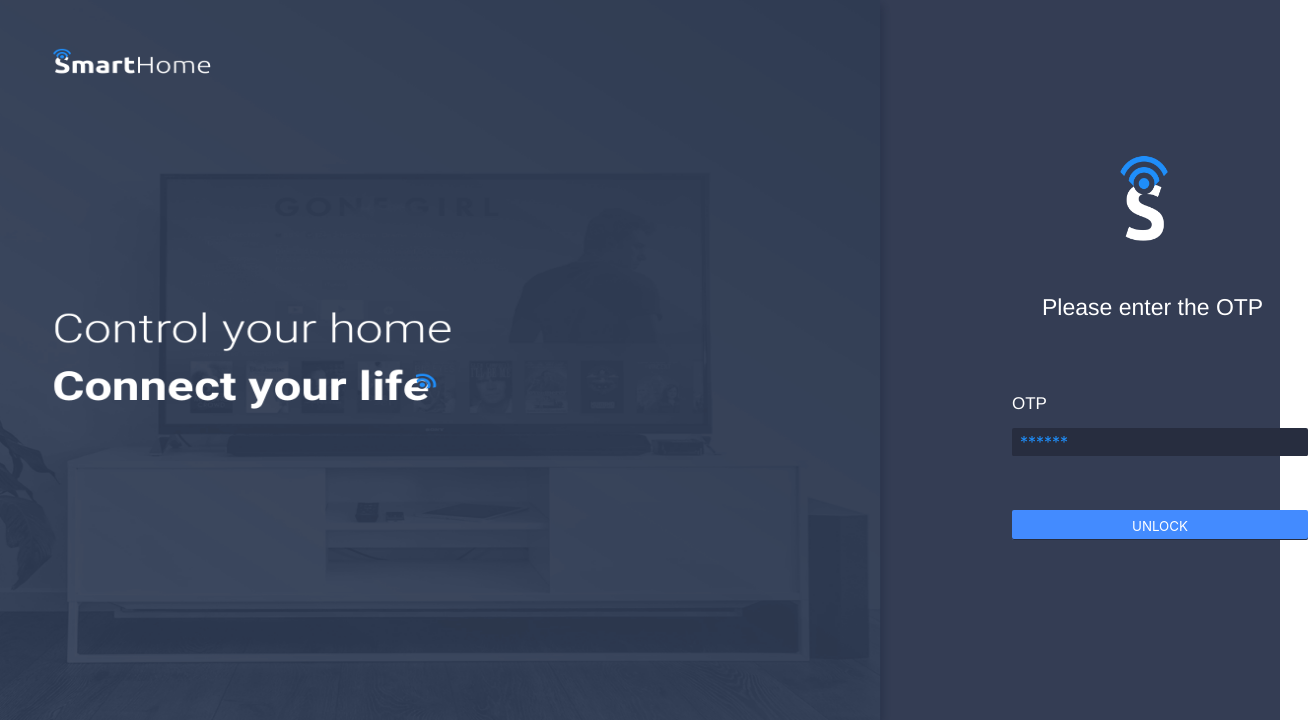
Repository: aba450/smart-door
Page: / (app in S3/smart-door-visitor/)
These files come from the project's save history. The page is drawn as it stood at one moment and after the next save; the edit follows.
The browser window is 1280 px wide. The page is 1308 px wide, so the pictures cover 1308 px, including what lies to the right of the window. The pictures show the whole page.
The project was rebuilt for these pictures with package versions that can differ from the ones it lists, and the page was loaded fresh each time.

Above is the page before, as saved 2020-03-17 20:49:45.

### S3/smart-door-visitor/src/App.js
import React from 'react';
import './App.css';
import Camera_ON from './Camera_ON.jpg'
import SLogo from './SLogo.png'
import Left from './Left.png'

function App() {



  return (
    <div className="App">
    <img src={Left} className="Left-img"/>

      {/* <img src={Camera_ON} className="Camera-logo"/>  */}
      <img src={SLogo} className="S-logo"/>
      <label className="text-label">Please enter the OTP</label>
       <label className="otp-label">OTP</label>
        <input type="text" className="otp-input" placeholder="******"></input>
        <button className="unlock-button">UNLOCK</button>
    </div>
  );
}

export default App;

### S3/smart-door-visitor/src/App.css
.App {
  text-align: center;
  background-color: #343d54;
  min-height: 100vh;
  display: flex;
  flex-direction: column;
  font-size: calc(10px + 2vmin);
  color: white;
}

.Camera-logo {
  position: absolute;
  height: 100px;
  width: 100px;
  left: 53px;
  top: 241px;
}

.S-logo {
  position: absolute;
  height: 86px;
  width: 48px;
  left: 1120px;
  top: 155px;
}

.Left-img {
  position: absolute;
  top: 0px;
  left: 0px;
  height: 100%;
  width: 893px;
}

.text-label {
  position: absolute;
  font-family:Helvetica;
  font-size:23px;
  color:#ffffff;
  letter-spacing:0;
  text-align:left;
  left:1042px;
  top:294px;
}

.otp-label {
  position: absolute;
  font-family:Helvetica;
  font-size:17px;
  color:#ffffff;
  letter-spacing:0;
  text-align:left;
  left:1012px;
  top:394px;
}

.otp-input {
  color:#1f8efa;
  background-color: #272d3f;
  letter-spacing:0;
  text-align:left;
  position: absolute;
  left:1012px;
  top:428px;
}

::placeholder {
  color:#1f8efa;
}

.unlock-button {
  position: absolute;
  background-color: #438bff;
  left:1012px;
  top:510px;
}

input {
    -webkit-appearance: none;
    appearance: none;
    margin: auto;
    max-width: 280px;
    border-radius: 2px;
    border: 0;
    overflow: hidden;
    width: 100%;
    font-family:-apple-system, BlinkMacSystemFont, 'Segoe UI', Roboto, Oxygen, Ubuntu, Cantarell, 'Open Sans', 'Helvetica Neue', sans-serif;
    padding: 8px 8px 8px 8px;
    height: 12px;
    font-size: 16px;
    font-weight: 400;
    box-shadow: inset 0 -1px 0  #272d3f;
    transition: all .15s ease;
}

button {
  height: 30px;
  max-width: 296px;
  margin: auto;
  width: 100%;
  color: white;
  font-family:-apple-system, BlinkMacSystemFont, 'Segoe UI', Roboto, Oxygen, Ubuntu, Cantarell, 'Open Sans', 'Helvetica Neue', sans-serif;
  border-radius: 2px;
  border: 0;
  padding: 8px 8px 8px 8px;
  box-shadow: inset 0 -1px 0  #272d3f;
    transition: all .15s ease;
}

Loaded but not shown: S3/smart-door-visitor/public/index.html (common file); S3/smart-door-visitor/src/index.js (common file); S3/smart-door-visitor/src/index.css (common file); S3/smart-door-visitor/src/serviceWorker.js (common file)

After the next save:
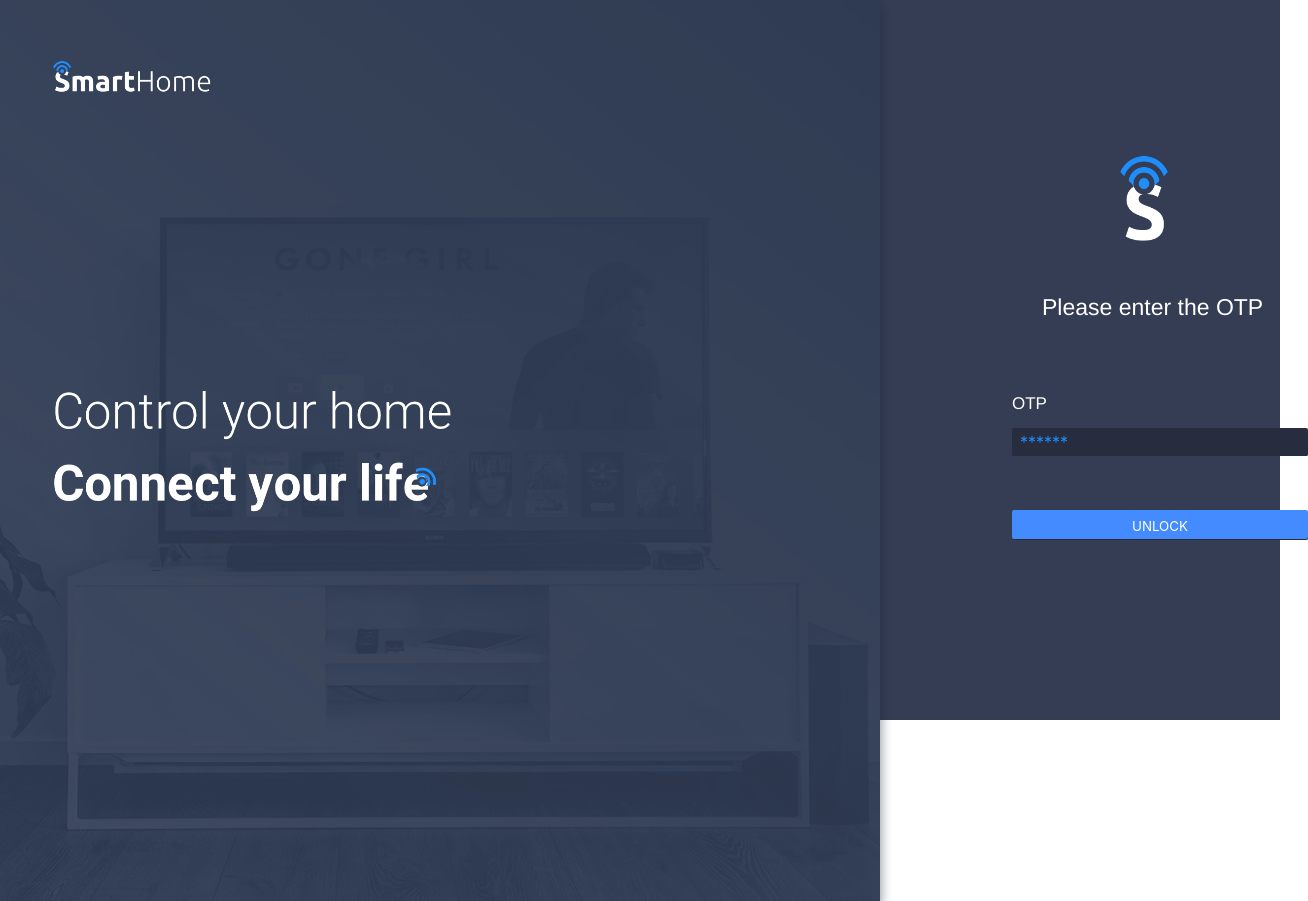
Saved 18 s later.
--- a/S3/smart-door-visitor/src/App.css
+++ b/S3/smart-door-visitor/src/App.css
@@ -28,7 +28,7 @@
   position: absolute;
   top: 0px;
   left: 0px;
-  height: 100%;
+  height: 901px;
   width: 893px;
 }
 
